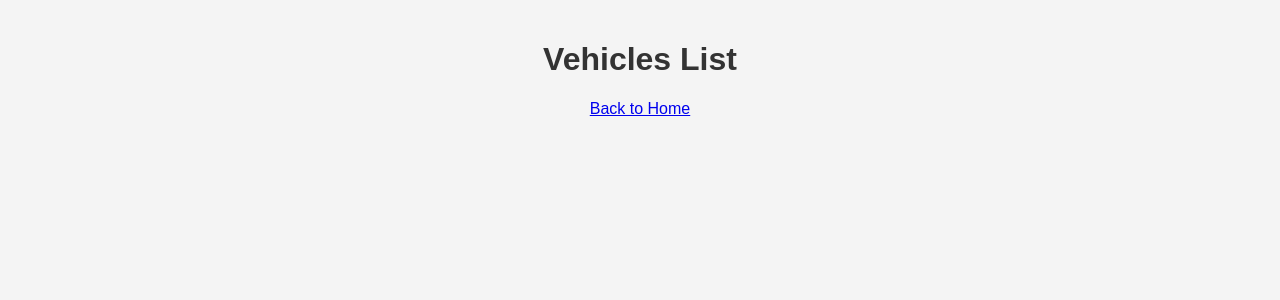
Repository: lasity34/fuel-consumption-api
Page: public/vehicles.html
The author's editor kept a copy of each file at every save. The page is drawn from the files as they stood at one save, then again after the next save.
The browser window is 1280 px wide. The pictures show the whole page.
The page's requests for data from a server got no answer.

Above is the page before, as saved 2023-11-30 12:13:41.

After the next save:
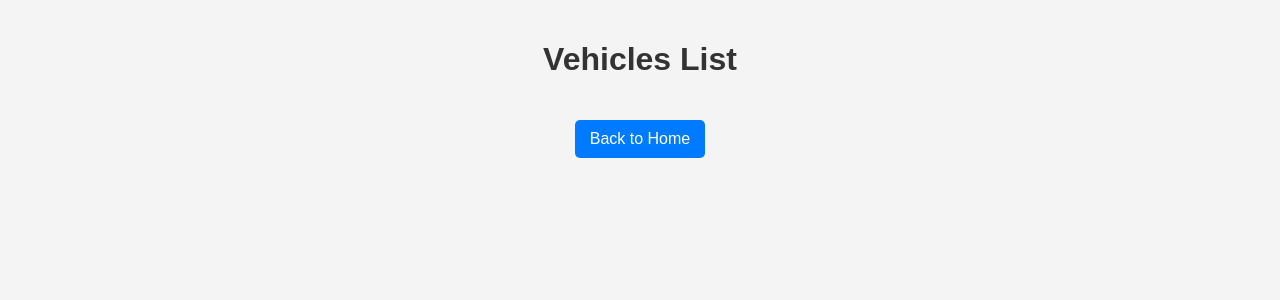
Saved 13 s later.
--- a/public/vehicle.css
+++ b/public/vehicle.css
@@ -71,3 +71,17 @@ h1 {
     text-decoration: none;
     cursor: pointer;
 }
+
+.back-to-home {
+    display: inline-block;
+    margin-top: 20px;
+    padding: 10px 15px;
+    background-color: #007bff;
+    color: white;
+    text-decoration: none;
+    border-radius: 5px;
+}
+
+.back-to-home:hover {
+    background-color: #0056b3;
+}
